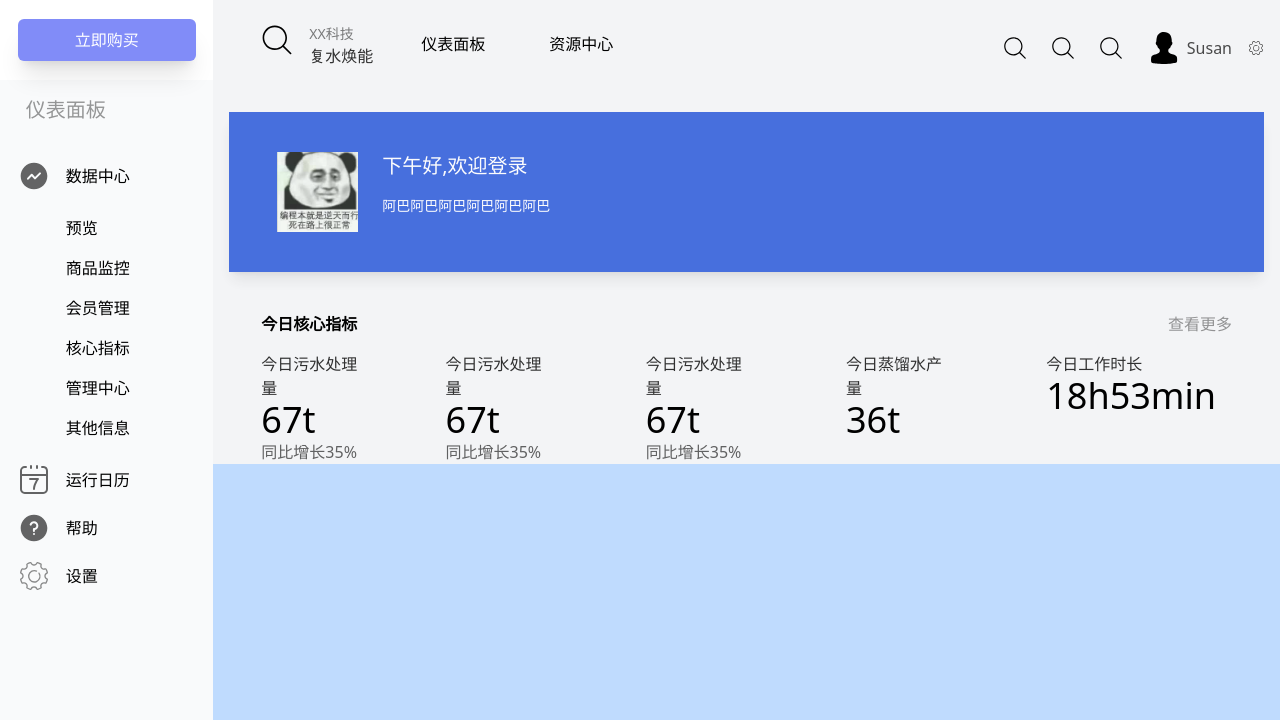
Repository: LiuRuohui/useWater
Page: /
The author's editor kept a copy of each file at every save. The page is drawn from the files as they stood at one save, then again after the next save.
The browser window is 1280 px wide. The pictures show the whole page.
The project was rebuilt for these pictures with package versions that can differ from the ones it lists, and the page was loaded fresh each time. Also part of the build but not shown: vite.config.js.

Above is the page before, as saved 2022-04-06 23:31:53.

### src/App.vue
<script setup>
import HelloWorld1 from './components/HelloWorld.vue';
</script>

<template>
  <HelloWorld1></HelloWorld1>
</template>

<style>
</style>

### src/index.css
@tailwind base;
@tailwind components;
.inputFrame {
    @apply appearance-none rounded-none relative block w-full px-3 py-2 border border-gray-300 placeholder-gray-500 text-gray-900
}

.inputFrame:focus {
    @apply outline-none border-indigo-500 z-10 inline-block px-5 py-3 rounded-lg shadow-lg
}

.btn {
    @apply relative flex w-full justify-center py-2 border border-transparent font-medium rounded-md text-white bg-indigo-400
}

.btn:hover {
    @apply bg-indigo-500
}

.btn:focus {
    @apply outline-none ring-2 ring-offset-2 ring-indigo-400
}

@tailwind utilities;

### src/components/HelloWorld.vue
<script setup>

</script>

<template>
<div class="w-full h-screen flex flex-row select-none">
  <div class="w-1/5 h-screen justify-center items-center flex flex-col">
    <div class="w-full h-20 justify-center items-center flex">
        <div class="w-5/6">
            <button class="btn text-white justify-center items-center shadow-xl">立即购买</button>
        </div>
    </div>
    <div class="w-full flex flex-grow bg-gray-50 justify-center">
        <div class="w-5/6 pt-4 flex flex-col">
            <div class="h-8 text-xl opacity-40 pl-2">仪表面板</div>
            <div class="mt-4 flex flex-grow flex-col">
                <div class="flex flex-col py-2 hover:cursor-pointer">
                    <div class="flex flex-row py-2 hover:bg-blue-200 hover:cursor-pointer">
                      <img src="../assets/数据.svg" alt="" class="h-8 opacity-60">
                      <div class="pl-4 pt-1">数据中心</div>
                    </div>
                    <div class="mt-2 flex flex-col hover:cursor-pointer">
                        <div class="py-2 pl-12 hover:bg-blue-200">预览</div>
                        <div class="py-2 pl-12 hover:bg-blue-200">商品监控</div>
                        <div class="py-2 pl-12 hover:bg-blue-200">会员管理</div>
                        <div class="py-2 pl-12 hover:bg-blue-200">核心指标</div>
                        <div class="py-2 pl-12 hover:bg-blue-200">管理中心</div>
                        <div class="py-2 pl-12 hover:bg-blue-200">其他信息</div>
                    </div>
                </div>
                <div class="flex flex-row py-2 hover:bg-blue-200 hover:cursor-pointer">
                  <img src="../assets/日历.svg" alt="" class="h-8 opacity-60">
                  <div class="pl-4 pt-1">运行日历</div>
                </div>
                <div class="flex flex-row py-2 hover:bg-blue-200 hover:cursor-pointer">
                  <img src="../assets/帮助.svg" alt="" class="h-8 opacity-60">
                  <div class="pl-4 pt-1">帮助</div>
                </div>
                <div class="flex flex-row py-2 hover:bg-blue-200 hover:cursor-pointer">
                  <img src="../assets/设置.svg" alt="" class="h-8 opacity-60">
                  <div class="pl-4 pt-1">设置</div>
                </div>
            </div>
        </div>
    </div>
  </div>
  <div class="w-full flex flex-grow flex-col bg-gray-100">
      <div class="flex flex-row h-24">
          <img src="../assets/搜索.svg" alt="" class="h-8 mt-6 pl-12 hover:cursor-pointer">
          <div class="flex flex-col pt-6 px-4 hover:cursor-pointer">
              <div class="text-sm opacity-50">XX科技</div>
              <div class="text-md opacity-80">复水焕能</div>
          </div>
          <div class="text-base px-8 pt-8 hover:cursor-pointer">仪表面板</div>
          <div class="text-base px-8 pt-8 hover:cursor-pointer">资源中心</div>
          <div class="flex flex-grow flex-row-reverse">
              <img src="../assets/设置.svg" alt="" class="h-4 mt-10 mr-4 hover:cursor-pointer hover:bg-blue-100">
              <span class="my-9 mr-4 text-black text-base opacity-70 hover:cursor-pointer hover:bg-blue-100">Susan</span>
              <img src="../assets/用户.svg" alt="" class="h-8 mt-8 mr-2 hover:cursor-pointer hover:bg-blue-100">
              <img src="../assets/搜索.svg" alt="" class="h-6 mt-9 mr-6 hover:cursor-pointer hover:bg-blue-100">
              <img src="../assets/搜索.svg" alt="" class="h-6 mt-9 mr-6 hover:cursor-pointer hover:bg-blue-100">
              <img src="../assets/搜索.svg" alt="" class="h-6 mt-9 mr-6 hover:cursor-pointer hover:bg-blue-100">
          </div>
      </div>
      <div class="m-4 bg-blue-700 h-40 opacity-80 shadow-lg">
          <div class="flex flex-row h-24 my-8">
              <img src="../assets/测试图片.jpg" alt="" class="h-20 my-auto pl-12">
              <div class="flex flex-col pl-6 pt-2">
                  <div class="text-xl text-white">下午好,欢迎登录</div>
                  <div class="text-sm text-white pt-4">阿巴阿巴阿巴阿巴阿巴阿巴</div>
              </div>
          </div>
      </div>
      <div class="h-40 my-2 mx-4">
          <div class="flex flex-col pt-4 pl-8">
              <div class="flex flex-row">
                  <div class="font-black text-black">今日核心指标</div>
                  <div class="flex flex-grow flex-row-reverse opacity-40 pr-8">查看更多</div>
              </div>
              <div class="flex flex-grow flex-row mt-4">
                  <div class="flex flex-col pr-8">
                      <div class="opacity-80">今日污水处理量</div>
                      <div class="text-4xl">67t</div>
                      <div class="opacity-60">同比增长35%</div>
                  </div>
                  <div class="flex flex-col px-12">
                      <div class="opacity-80">今日污水处理量</div>
                      <div class="text-4xl">67t</div>
                      <div class="opacity-60">同比增长35%</div>
                  </div>
                  <div class="flex flex-col px-12">
                      <div class="opacity-80">今日污水处理量</div>
                      <div class="text-4xl">67t</div>
                      <div class="opacity-60">同比增长35%</div>
                  </div>
                  <div class="flex flex-col px-12">
                      <div class="opacity-80">今日蒸馏水产量</div>
                      <div class="text-4xl">36t</div>
                  </div>
                  <div class="flex flex-col px-12">
                      <div class="opacity-80">今日工作时长</div>
                      <div class="text-4xl">18h53min</div>
                  </div>
              </div>
          </div>
      </div>
      <div class="flex flex-grow bg-blue-200">

      </div>
  </div>
</div>
</template>

<style scoped>

</style>

### tailwind.config.js
module.exports = {
    content: [
        "./index.html",
        "./src/**/*.{vue,js,ts,jsx,tsx}",
    ],
    theme: {
        extend: {},
    },
    variants: {
        backgroundColor: ['responsive', 'hover', 'focus', 'active']
    },
    plugins: [],
}

Loaded but not shown: index.html (common file); src/main.js (common file)

After the next save:
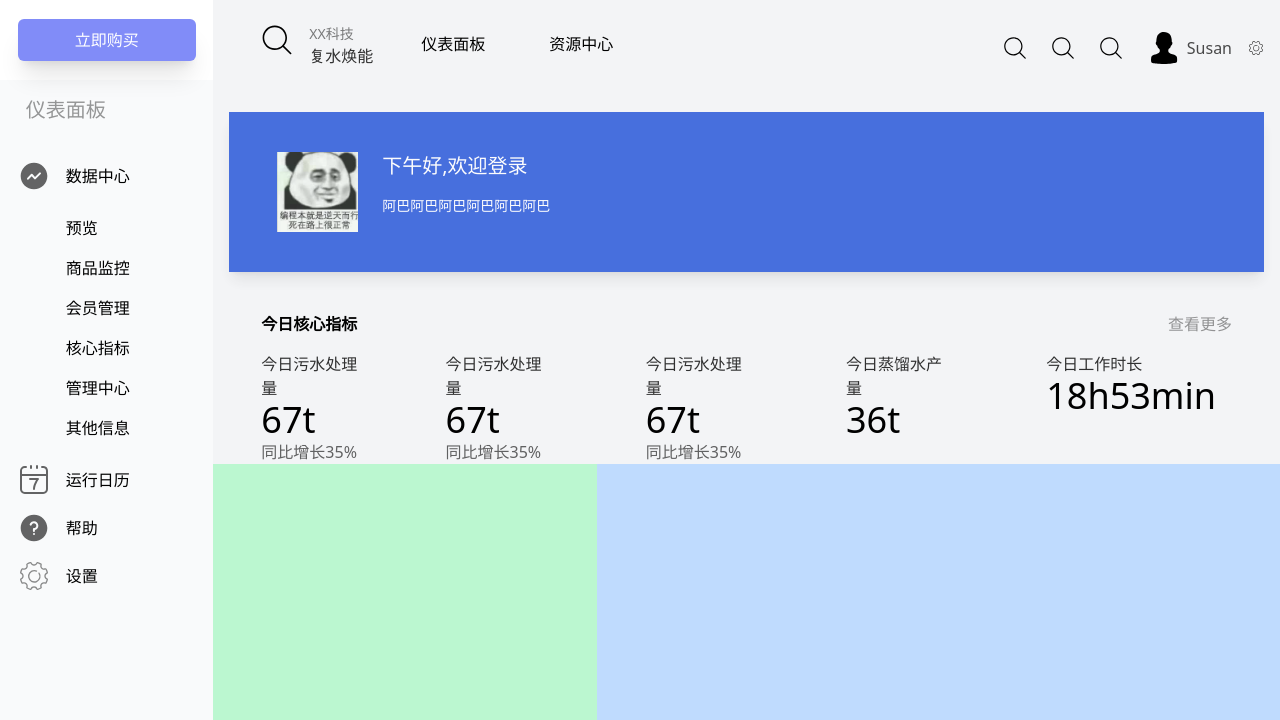
Saved 43 s later.
--- a/src/components/HelloWorld.vue
+++ b/src/components/HelloWorld.vue
@@ -104,8 +104,10 @@
               </div>
           </div>
       </div>
-      <div class="flex flex-grow bg-blue-200">
+      <div class="flex flex-grow flex-row bg-blue-200">
+          <div class="w-96 bg-green-200">
 
+          </div>
       </div>
   </div>
 </div>
